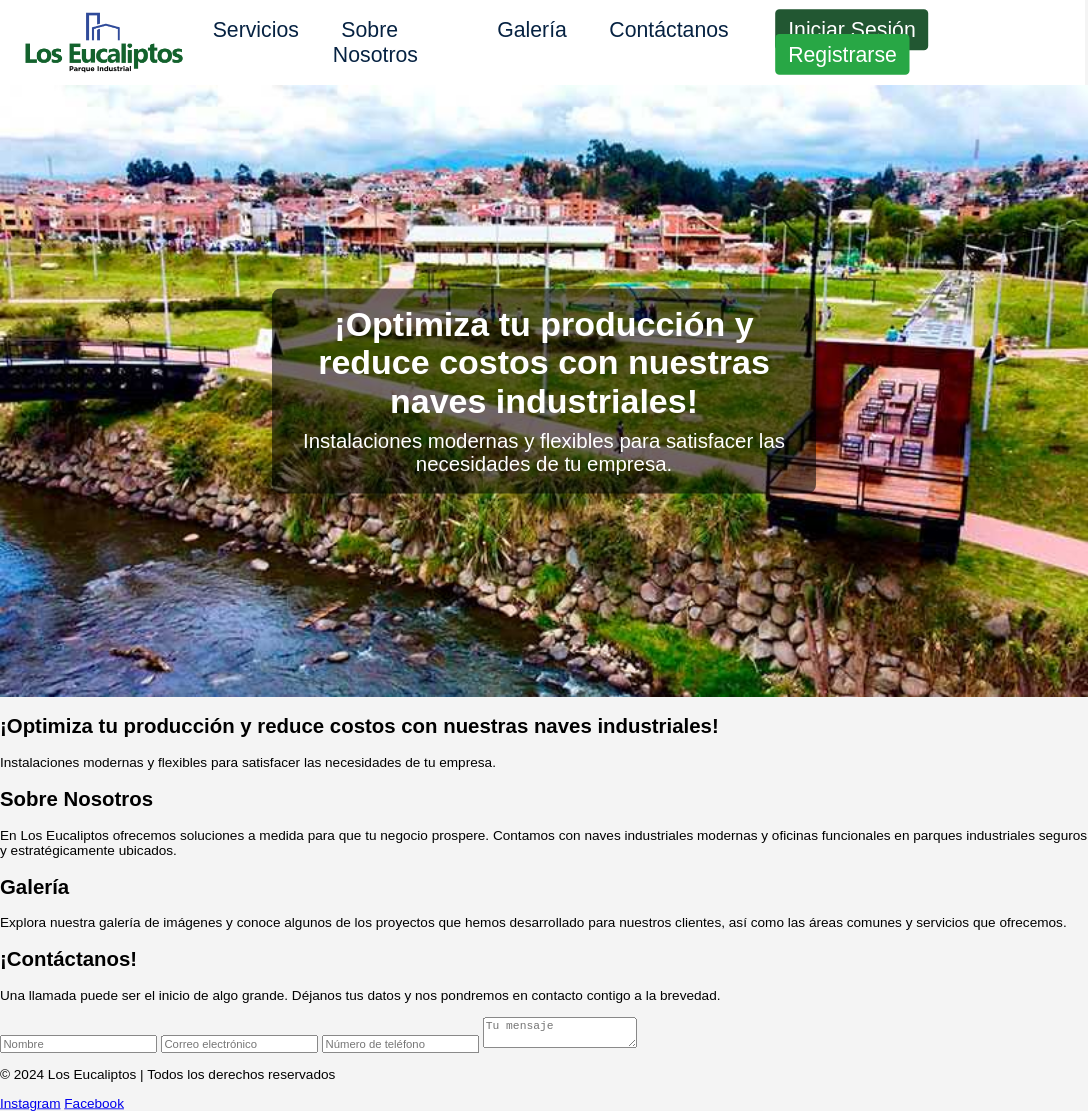
Repository: Los-Eucaliptos-WebApp/Los-Eucaliptos-FrontEnd
Page: pages/los-eucaliptos-home-page/index.html
An editor plug-in stored every save of this project. The page is shown before and after the next save, followed by the edit.
The browser window is 1280 px wide. The pictures show the whole page, at 85% of full size.

Above is the page before, as saved 2025-02-16 23:22:45.
Console error: TypeError: Cannot read properties of undefined (reading 'classList')

After the next save:
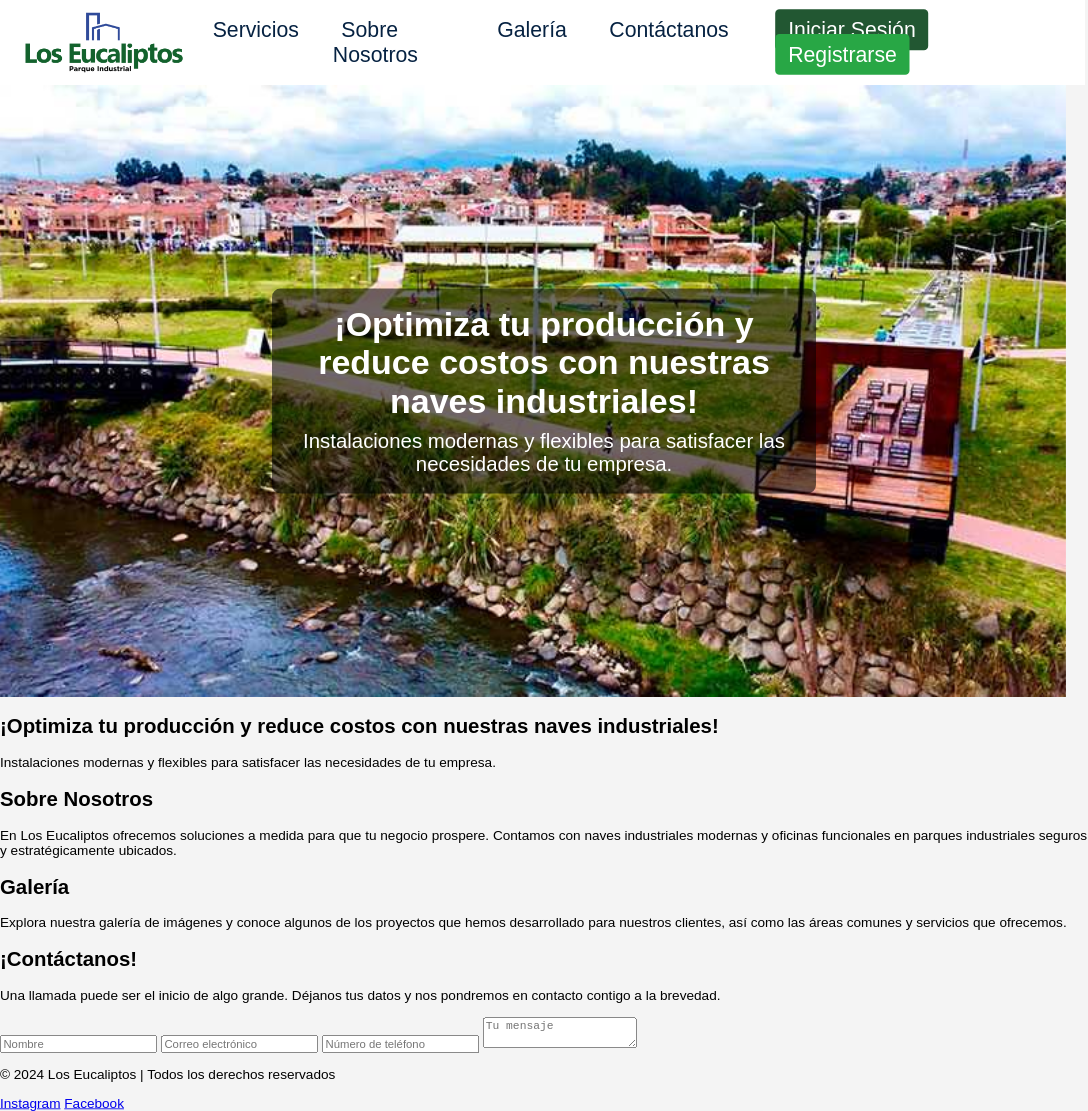
Saved 31 s later.
--- a/pages/los-eucaliptos-home-page/styles.css
+++ b/pages/los-eucaliptos-home-page/styles.css
@@ -99,7 +99,7 @@
 }
 
 .banner-image {
-    width: 100%;     /* La imagen ocupa todo el ancho disponible */
+    width: 98%;     /* La imagen ocupa todo el ancho disponible */
     height: 100%;    /* La imagen ocupa toda la altura disponible */
     object-fit: cover; /* Asegura que la imagen cubra todo el área sin deformarse */
     display: block;  /* Elimina espacios debajo de la imagen */

After the save that followed:
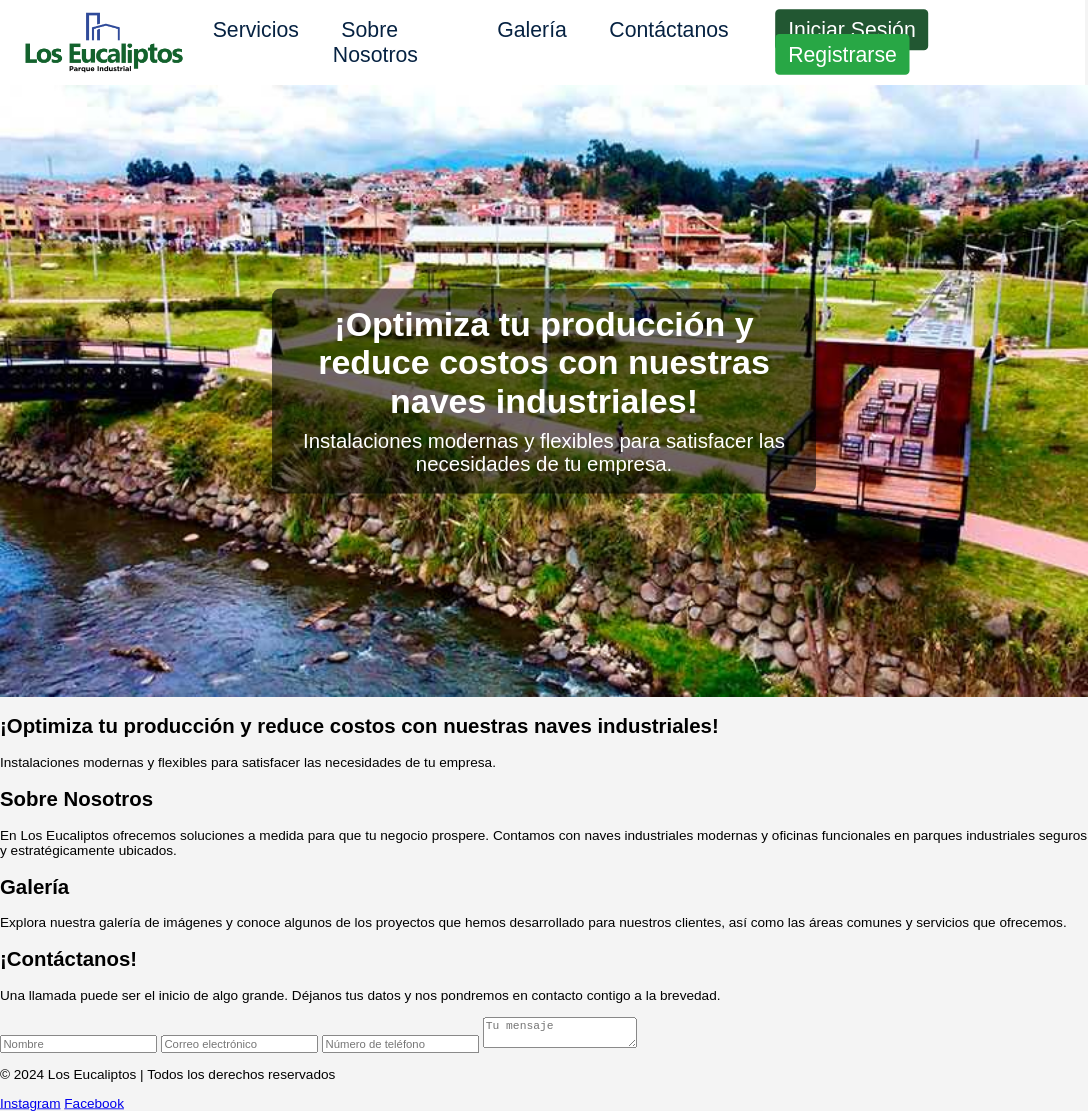
Saved 11 s later.
--- a/pages/los-eucaliptos-home-page/styles.css
+++ b/pages/los-eucaliptos-home-page/styles.css
@@ -99,7 +99,7 @@
 }
 
 .banner-image {
-    width: 98%;     /* La imagen ocupa todo el ancho disponible */
+    width: 100%;     /* La imagen ocupa todo el ancho disponible */
     height: 100%;    /* La imagen ocupa toda la altura disponible */
     object-fit: cover; /* Asegura que la imagen cubra todo el área sin deformarse */
     display: block;  /* Elimina espacios debajo de la imagen */
